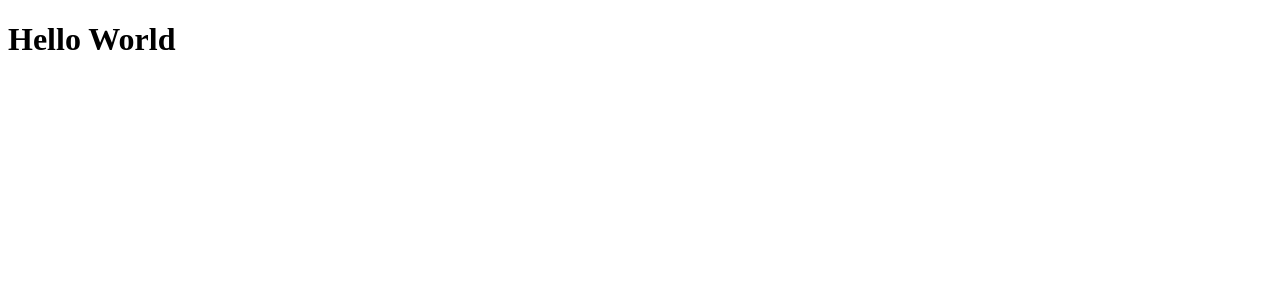
Repository: PrakharGupta36/FluxClothing
Page: /
An editor plug-in stored every save of this project. The page is shown before and after the next save, followed by the edit.
The browser window is 1280 px wide. The pictures show the whole page.
The project was rebuilt for these pictures with package versions that can differ from the ones it lists, and the page was loaded fresh each time.

Above is the page before, as saved 2022-03-27 12:14:05.

### src/index.js
import React from "react";
import ReactDOM from "react-dom";
import "./scss";
import App from "./App";

ReactDOM.render(
  <React.StrictMode>
    <App />
  </React.StrictMode>,
  document.getElementById("root")
);

### src/App.jsx
export default function App() {
  return <h1> Hello World </h1>;
}

### src/scss/style.css
@import url("https://fonts.googleapis.com/css2?family=Poppins:ital,wght@0,100;0,200;0,300;0,400;0,600;0,700;1,100;1,200;1,300;1,400;1,500;1,600&display=swap");
* {
  font-family: "Poppins";
  margin: 0;
  padding: 0;
}

html,
body {
  max-width: 100%;
  overflow-x: hidden;
}

main {
  max-width: 1000px;
  margin: 0 auto;
}

main .category-container {
  display: -webkit-box;
  display: -ms-flexbox;
  display: flex;
  -ms-flex-wrap: wrap;
      flex-wrap: wrap;
  gap: 1rem;
  -webkit-box-pack: center;
      -ms-flex-pack: center;
          justify-content: center;
}

main .category-container img {
  width: 450px;
  height: 300px;
  -webkit-transition: all 300ms;
  transition: all 300ms;
  cursor: pointer;
  border-radius: 0.25rem;
  box-shadow: 10px 10px 20px -5px rgba(0, 0, 0, 0.35);
  -webkit-box-shadow: 10px 10px 20px -5px rgba(0, 0, 0, 0.35);
  -moz-box-shadow: 10px 10px 20px -5px rgba(0, 0, 0, 0.35);
}

main .card {
  position: relative;
  text-align: center;
}

main .centered {
  position: absolute;
  top: 50%;
  left: 50%;
  -webkit-transform: translate(-50%, -50%);
          transform: translate(-50%, -50%);
  background: rgba(255, 255, 255, 0.5);
  -webkit-box-shadow: 0 8px 32px 0 rgba(31, 38, 135, 0.37);
          box-shadow: 0 8px 32px 0 rgba(31, 38, 135, 0.37);
  backdrop-filter: blur(5px);
  -webkit-backdrop-filter: blur(5px);
  border-radius: 0.25rem;
  border: 1px solid rgba(255, 255, 255, 0.18);
  color: black;
  -webkit-transition: all 300ms;
  transition: all 300ms;
  padding: 1rem;
  width: 50%;
  text-transform: uppercase;
}

main .centered:hover {
  color: white;
  background: rgba(0, 0, 0, 0.5);
}
/*# sourceMappingURL=style.css.map */

After the next save:
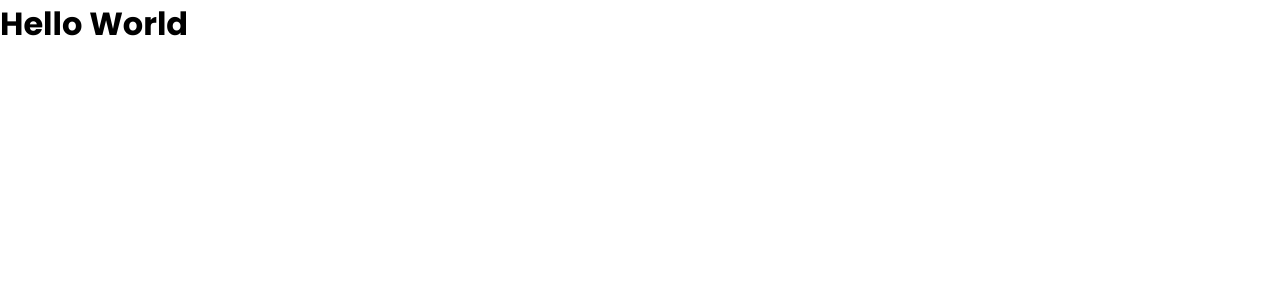
Saved 4 s later.
--- a/src/index.js
+++ b/src/index.js
@@ -1,6 +1,6 @@
 import React from "react";
 import ReactDOM from "react-dom";
-import "./scss";
+import "./scss/style.css";
 import App from "./App";
 
 ReactDOM.render(
